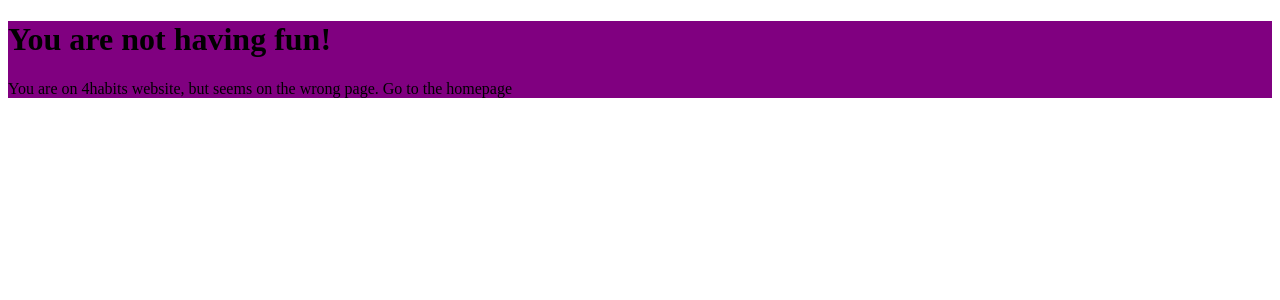
Repository: MLbier/project4habits
Page: public/404.html
An editor plug-in stored every save of this project. The page is shown before and after the next save, followed by the edit.
The browser window is 1280 px wide. The pictures show the whole page.

Above is the page before, as saved 2021-12-03 13:12:05.

After the next save:
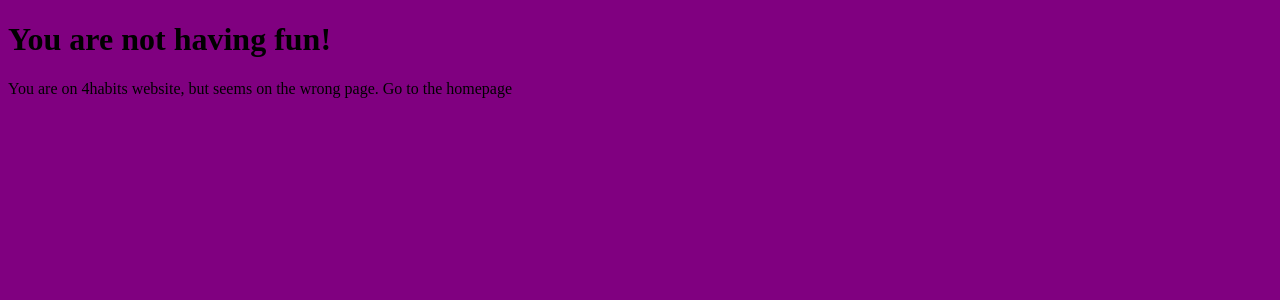
Saved 23 s later.
--- a/public/404.html
+++ b/public/404.html
@@ -50,7 +50,7 @@
   </style>
 </head>
 
-<body>
+<body class="error-page">
   <!-- This file lives in public/404.html -->
   <div class="dialog">
     <div class="error-page">
